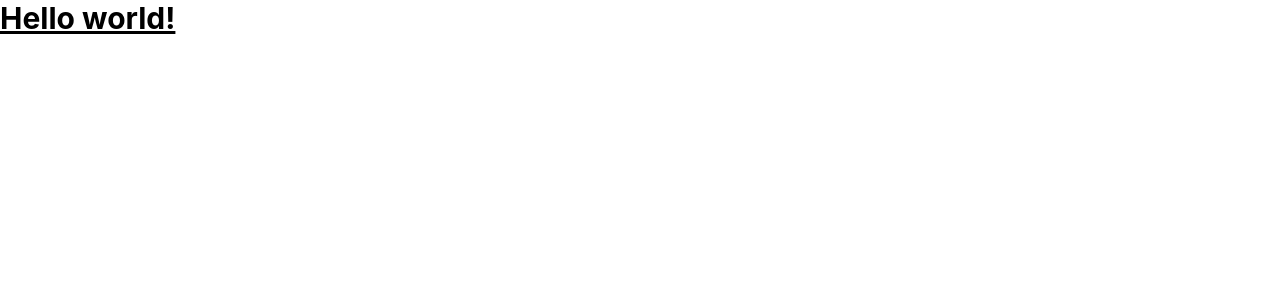
Repository: sevilgenysf/my-project
Page: /
An editor plug-in stored every save of this project. The page is shown before and after the next save, followed by the edit.
The browser window is 1280 px wide. The pictures show the whole page.
The project was rebuilt for these pictures with package versions that can differ from the ones it lists, and the page was loaded fresh each time. The framework's server and built-in components were replaced by stand-ins that run in the browser. Also part of the build but not shown: next.config.js.

Above is the page before, as saved 2022-11-15 09:54:08.

### pages/index.js
export default function Home() {
	return <h1 className="text-3xl font-bold underline">Hello world!</h1>;
}

### tailwind.config.js
/** @type {import('tailwindcss').Config} */
module.exports = {
	content: [
		'./app/**/*.{js,ts,jsx,tsx}',
		'./pages/**/*.{js,ts,jsx,tsx}',
		'./components/**/*.{js,ts,jsx,tsx}'
	],
	theme: {
		extend: {}
	},
	plugins: []
};

Loaded but not shown: pages/_app.js (common file); styles/globals.css (common file)

After the next save:
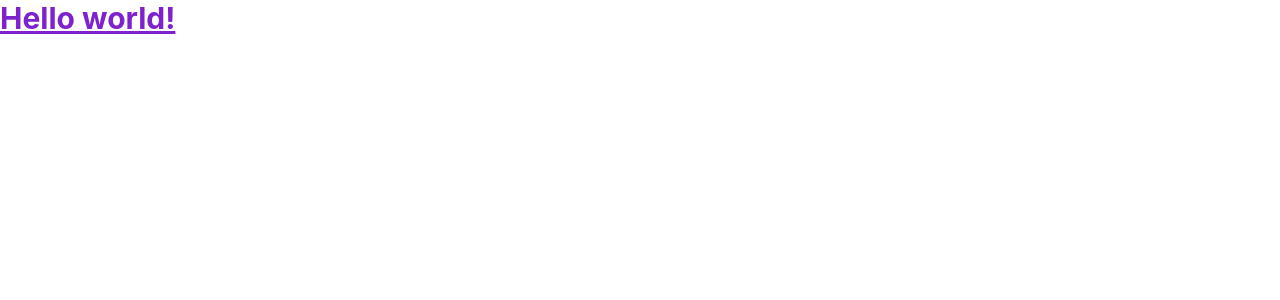
Saved 63 s later.
--- a/pages/index.js
+++ b/pages/index.js
@@ -1,3 +1,7 @@
 export default function Home() {
-	return <h1 className="text-3xl font-bold underline">Hello world!</h1>;
+	return (
+		<h1 className="text-3xl font-bold underline text-purple-700">
+			Hello world!
+		</h1>
+	);
 }
